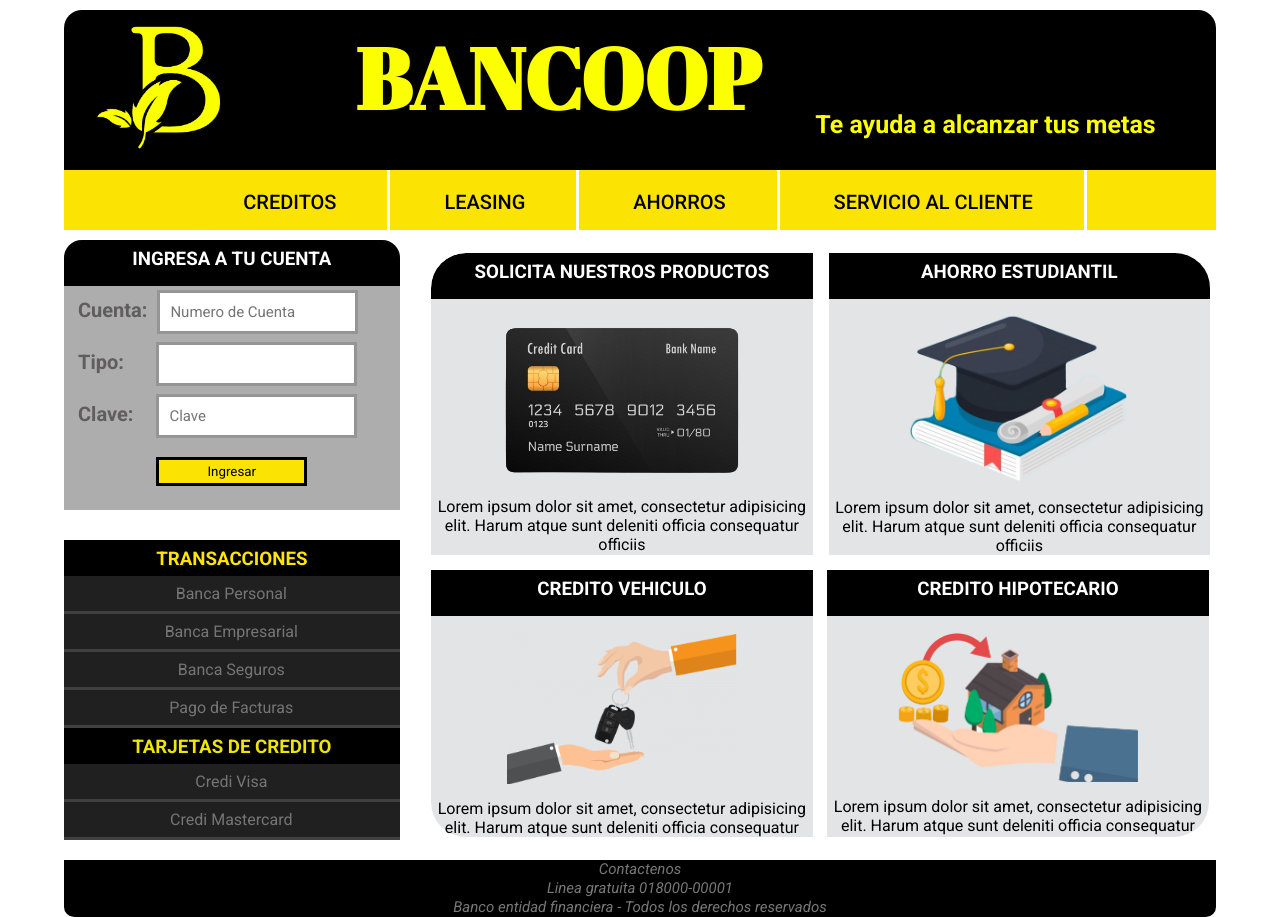
Repository: NickArregoces/BANCOOP
Page: Index.html
The author's editor kept a copy of each file at every save. The page is drawn from the files as they stood at one save, then again after the next save.
The browser window is 1280 px wide. The pictures show the whole page.

Above is the page before, as saved 2021-10-15 10:52:29.

### Index.html
<!DOCTYPE html>
<html lang="en">
<head>
    <meta charset="UTF-8">
    <meta http-equiv="X-UA-Compatible" content="IE=edge">
    <meta name="viewport" content="width=device-width, initial-scale=1.0">
    <title>BANCOOP Home</title>
    <bgsound src="musica.mid"></bgsound>
    <link rel="stylesheet" href="/CSS/Style.css">
    <link href="https://fonts.googleapis.com/css2?family=Roboto:ital,wght@0,100;0,300;0,400;0,500;0,700;0,900;1,100;1,300;1,400;1,500;1,700;1,900&display=swap" rel="stylesheet">
    <link rel="preconnect" href="https://fonts.googleapis.com">
    <link rel="preconnect" href="https://fonts.gstatic.com" crossorigin>
    <link href="https://fonts.googleapis.com/css2?family=Abril+Fatface&display=swap" rel="stylesheet">

</head>
<body>
    <header>
            <div class="image">
                <img src="/Images/logo1.png" alt="logo">
            </div>
            <div class="title" >
                <h1>BANCOOP</h1>
                <h3>Te ayuda a alcanzar tus metas</h3>
            </div>

    </header>

    <nav class="barra"></nav>

            <div class="navegador">
                <ul class="menu">
                    <li><a href="/Creditos.html">Creditos</a></li>
                    <li><a href="/Leasing.html">leasing</a></li>
                    <li><a href="/Ahorros.html">Ahorros</a></li>
                    <li><a href="/Servicio.html">Servicio al cliente</a></li>
                </ul>
            </div>


            <div class="section">
                <form action="" class="login">
                    <h3 style="color: rgb(255, 255, 255);">INGRESA A TU CUENTA</h3>
                        <div class="cuenta">
                            <h4>Cuenta:<input type="number" placeholder="Numero de Cuenta" required></h4>
                        </div>

                        <div class="tipo">
                            <h4>Tipo:<input type="text" required></h4>
                        </div>

                        <div class="clave">
                            <h4>Clave:<input type="password" placeholder="Clave" required></h4>
                        </div>

                    <div class="center">
                        <button class="sumbit"> Ingresar </button>
                    </div>

                </form>

                <article class="opciones">
                    <h3 style="color: rgb(255, 230, 0);">TRANSACCIONES</h3>
                    <li><a href="#">Banca Personal</a></li>
                    <li><a href="#">Banca Empresarial</a></li>
                    <li><a href="#">Banca Seguros</a></li>
                    <li><a href="#">Pago de Facturas</a></li>

                    <h3 style="color: rgb(238, 230, 0);">TARJETAS DE CREDITO</h3>
                    <li><a href="#">Credi Visa</a></li>
                    <li><a href="#">Credi Mastercard</a></li>
                </article>
            </div>

                <aside>
                    <div class="solicita">
                        <h3 style="color: rgb(255, 255, 255);">SOLICITA NUESTROS PRODUCTOS</h3>

                        <div id="Prueba">
                        <img id="Prubea" src="/Images/credit.png" alt="">
                        </div>

                        <p>Lorem ipsum dolor sit amet, consectetur adipisicing elit.
                            Harum atque sunt deleniti officia consequatur officiis</p>
                    </div>

                    <div class="ahorro">
                        <h3 style="color: rgb(255, 255, 255);">AHORRO ESTUDIANTIL</h3>

                        <div id="Prueba">
                        <img id="Prubea" src="/Images/Captura de pantalla 2021-10-04 181948.png" alt="">
                        </div>

                        <p>Lorem ipsum dolor sit amet, consectetur adipisicing elit.
                            Harum atque sunt deleniti officia consequatur officiis</p>
                    </div>

                    <div class="credito">
                        <h3 style="color: rgb(255, 255, 255);">CREDITO VEHICULO</h3>

                        <div id="Prueba">
                        <img id="Prubea" src="/Images/Captura de pantalla 2021-10-04 192824.png" alt="">
                        </div>

                        <p>Lorem ipsum dolor sit amet, consectetur adipisicing elit.
                            Harum atque sunt deleniti officia consequatur</p>
                    </div>
                    <div class="hipotecario">
                        <h3 style="color: rgb(255, 255, 255);">CREDITO HIPOTECARIO</h3>

                        <div id="Prueba">
                        <img id="Prubea" src="/Images/Wallpaper(80).jpg" alt="">
                        </div>

                        <p>Lorem ipsum dolor sit amet, consectetur adipisicing elit.
                            Harum atque sunt deleniti officia consequatur </p>
                    </div>
                </aside>

            <footer>
                    <p>Contactenos</p>
                    <p>Linea gratuita 018000-00001</p>
                    <p>Banco entidad financiera
                    - Todos los derechos reservados</p>
            </footer>

        </div>

</body>
</html>

### CSS/Style.css

*{
    margin: 0 auto;
    padding: 0;
    list-style:none;
    font-family: 'Roboto', sans-serif;
}
body{
    font-family: Arial, Helvetica, sans-serif;
    background: rgb(255, 255, 255);
    width: 90%;
    color: rgb(0, 0, 0);
}
header{
    display: flex;
    justify-content: space-around;
    padding: 10px 0px;
    margin-top: 10px;
    background:rgb(0, 0, 0);
    border-top-left-radius:  18px;
    border-top-right-radius:  18px;
    height: 120px;
}
    /*Logo*/
    .image img{
        float: left;
        width: 130px;
        cursor: pointer;
        /*margin-left: 330px;
        margin-top: 5px;*/
    }
    header .title h1{
        width: 400px;
        height: 90px;
        margin-left: 70px;
        font-family: 'Abril Fatface', cursive;
        font-size: 85px;
        text-align: center;
        color: rgb(251, 255, 0);
    }

    header .title h3{
        width: 400px;
        margin-left: 500px;
        font-size: 25px;
        text-align: center;
        color: rgb(251, 255, 0);
    }

nav.barra{
    background: rgb(0, 0, 0);
    height: 20px;
}
div.navegador{
    background: rgb(251, 227, 3);
    justify-content: space-around;
    align-items: center;
    display:flex
}
    ul.menu{
        border-bottom-left-radius: 20px 20px;
        border-bottom-right-radius: 20px 20px;
        background: rgb(251, 227, 3);
        height: 60px;
        list-style: none;
        padding: 0;
        max-width: 10000px;
    }
    .menu a{
        height: 20px;
        font-size: 20px;
        font-weight: 500;
        margin-right: 1px;
        text-transform: uppercase;
        text-decoration: none;
        color:black;
        padding: 20px;
        display: inline-block;
        transition: all 0.3s;
    }
    .menu li {
        border-right: solid white;
        display: inline-block;
        padding: 0px 30px;
        list-style: none;

        }
    .menu a:hover{
        background: #8d8405b6;
        color: white;
        border-radius: 10px;
        padding: 10px 18px;
        }

.section{
    width: 30%;
    float: left;
    display: flex;
    flex-flow: row wrap;
}
    /*Formulario Login*/
    form{
        background: rgb(173, 173, 173);
        border-top-left-radius: 18px;
        border-top-right-radius: 18px;
        margin-top: 10px;
        margin-right:10px;
        margin-bottom: 10px;
        width: 100%;
        height: 270px;
    }
        form h3{
            text-align: center;
            background: black;
            height: 30px;
            padding: 8px;
            border-top-left-radius: 18px;
            border-top-right-radius: 18px;
        }
        form h4{
            font-size: 20px;
            padding: 4px;
            margin-left: 10px;
            color: rgb(95, 93, 93);

        }
        form input{
            font-size: 15px;
            width: 55%;
            padding: 10px;
            display: inline;
            border: solid rgb(149, 149, 149);
            margin-left: 10px;
        }
        div.clave input {
            margin-left: 23px;
        }
        div.tipo input {
            margin-left: 32px;
        }
        div.center{
            margin-top: 10px;
            margin: auto;
            text-align: center;
            width: 50%;
            cursor: pointer;
        }
        button{
            margin-top: 15px;
            width: 90%;
            padding: 4px;
            background: rgb(251, 227, 3);
            border: solid black;
            cursor: pointer;
        }
        button:hover{
            background: #000000;
            color: rgb(251, 227, 3);
            border-radius: 8px;
        }
    /*Menu lateral*/
    article {
        width: 100%;
        height: 300px;
        background: rgb(32, 32, 32);
        margin-top: 20px;
        margin-right:10px;
        margin-bottom: 10px;
    }
        article h3{
            text-align: center;
            padding: 8px;
            height: 20px;
            background: black;
        }
        .opciones li a{
            font-size: 16px;
            margin-right: 1px;
            text-align: center;
            text-decoration: none;
            color:rgb(117, 117, 117);
            padding: 8px;
            display: inline-block;
        }
        .opciones li {
            border-bottom: solid rgba(68, 68, 68, 0.897);
            text-align: center;
            display:inline-flexbox;
            }
        .opciones li a:hover{
            background: #242323b6;
            color: rgb(251, 227, 3);
            padding: 10px;
            }

    /*Servicios*/
aside{
    width: 69%;
    height: 610px;
    margin-top: 10px;
    float: right;
    margin-bottom: 10px;
    display: flex;
    flex-flow: row wrap;
    align-content: center;
}
    div.solicita{
        width: 48%;
        float: left;
        border-top-left-radius: 35px;
        margin-left: 10px;
        background: #e3e4e5;
        text-align:center;
        overflow:hidden;
    }
    /*Centrado Imagenes aside*/
    #Prueba{
        display: flex;
        align-items: center;
        justify-content: center;
    }
        div.solicita img {
            width: 250px;
            margin-top: 15px;
            margin-bottom: 15px;
            cursor:pointer;
        }
        /*Efecto Imagenes aside*/
        div aside img:hover{
            -webkit-transform:scale(1.1);
            transform:scale(1.1);
        }
        div.solicita h3{
            text-align: center;
            background: black;
            height: 30px;
            padding: 8px;
            border-top-left-radius: 35px;
        }
        div.solicita p{
            display: inline-block;
            text-align: center;
        }

    div.ahorro {
        width: 48%;
        float: right;
        border-top-right-radius: 35px;
        margin-left: 10px;
        background: #e3e4e5;
    }
        div.ahorro img {
            width: 220px;
            margin-top: 15px;
            margin-bottom: 15px;
            cursor:pointer;
        }
        div.ahorro h3{
            text-align: center;
            background: black;
            height: 30px;
            padding: 8px;
            border-top-right-radius: 35px;
        }
        div.ahorro p{
            display: inline-block;
            text-align: center;
        }

    div.credito {
        width: 48%;
        float: left;
        margin-top: 15px;
        border-bottom-left-radius: 35px;
        margin-left: 10px;
        background: #e3e4e5;
    }
        div.credito img {
            width: 230px;
            margin-top: 15px;
            margin-bottom: 15px;
            cursor:pointer;
        }
        div.credito h3{
            text-align: center;
            background: black;
            height: 30px;
            padding: 8px;
        }
        div.credito p{
            display: inline-block;
            text-align: center;
        }

    div.hipotecario {
        width: 48%;
        float: right;
        border-top-right-radius: 35px;
        border-bottom-right-radius: 35px;
        margin-top: 15px;
        background: #e3e4e5;
        }
            div.hipotecario img {
                width: 240px;
                margin-top: 15px;
                margin-bottom: 15px;
                cursor:pointer;
            }
            div.hipotecario h3{
                text-align: center;
                background: black;
                height: 30px;
                padding: 8px;
            }
            div.hipotecario p{
                display: inline-block;
                text-align: center;
            }

    /*Pie de Pagina*/
footer{
    background: black;
    clear: both;
    border-bottom-left-radius: 10px;
    border-bottom-right-radius: 10px;
}
    footer p{
        font-size: 15px;
        text-align: center;
        line-height: 15px;
        color: rgb(121, 119, 119);
        font-style:italic;
        padding: 2px;
    }

After the next save:
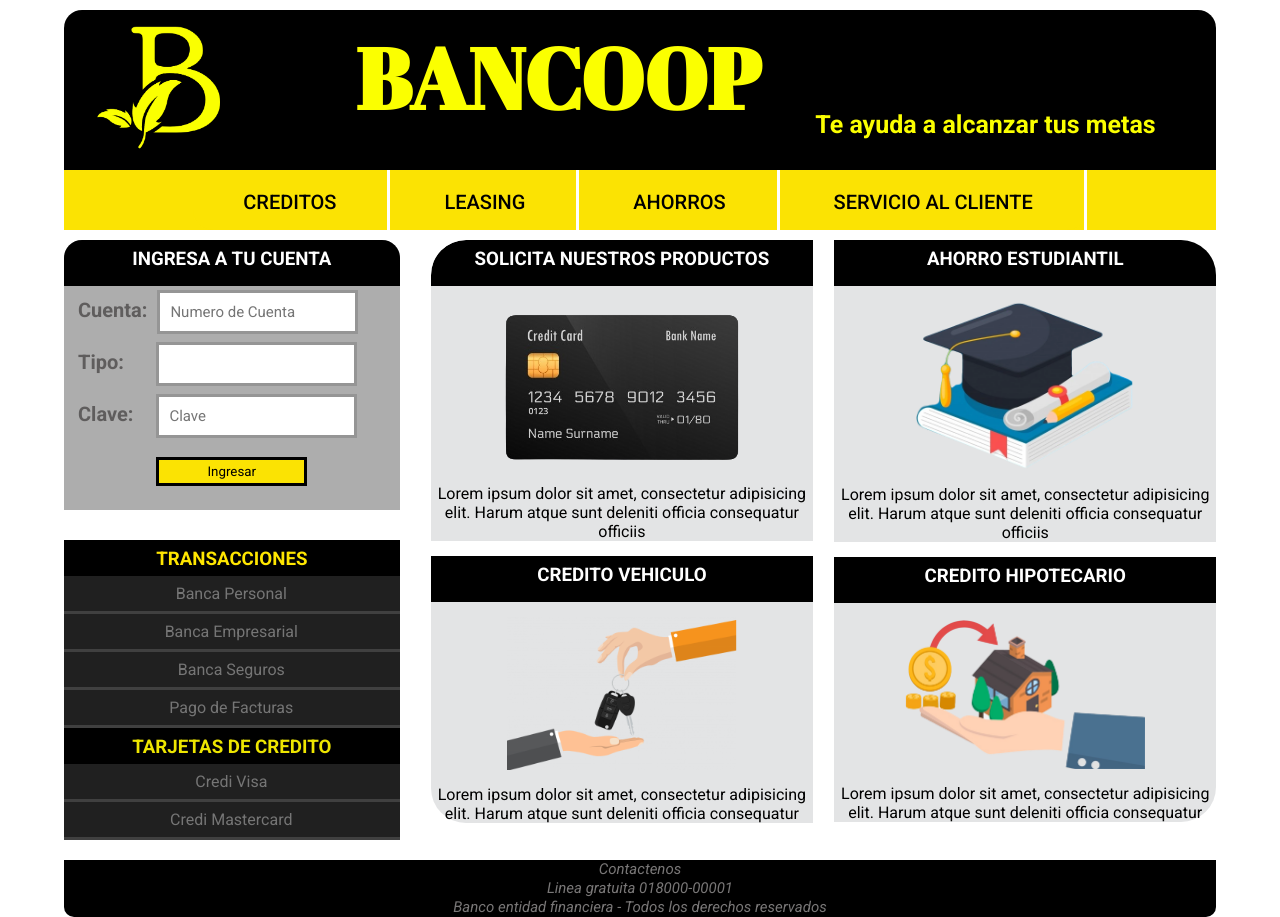
Saved 72 s later.
--- a/CSS/Style.css
+++ b/CSS/Style.css
@@ -200,9 +200,7 @@ aside{
     margin-top: 10px;
     float: right;
     margin-bottom: 10px;
-    display: flex;
-    flex-flow: row wrap;
-    align-content: center;
+
 }
     div.solicita{
         width: 48%;
